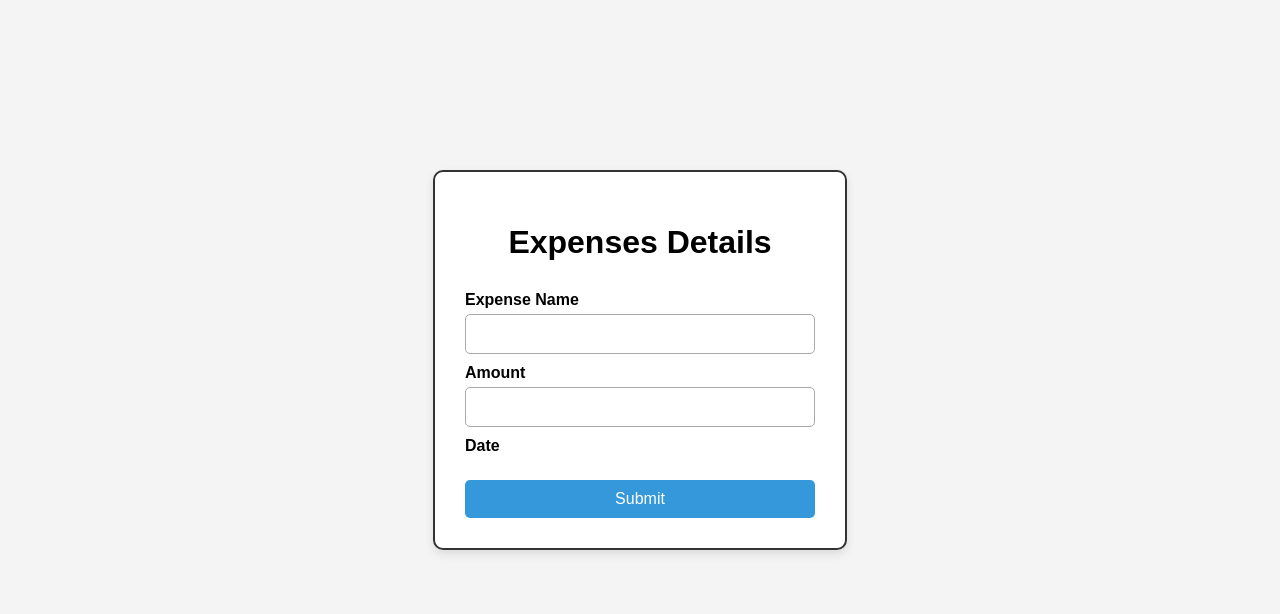
Repository: sarthak-tyagi123/expensetracker12
Page: http://localhost/
These files come from the project's save history. The page is drawn as it stood at one moment and after a run of saves; the edit follows.
The browser window is 1280 px wide. The pictures show the whole page.
The page is served by the project's Node server (app.js).

Above is the page before, as saved 2025-06-20 23:58:17.

### views/1.ejs
<!DOCTYPE html>
<html lang="en">
<head>
  <meta charset="UTF-8" />
  <meta name="viewport" content="width=device-width, initial-scale=1.0"/>
  <title>Expense Tracker</title>
  <style>
    body, html {
      margin: 0;
      padding: 0;
      height: 100%;
      font-family: Arial, sans-serif;
    }

    .container {
      display: flex;
      justify-content: center;
      align-items: center;
      height: 100vh;
      background-color: #f4f4f4;
    }

    .box {
      border: 2px solid #333;
      padding: 30px;
      border-radius: 10px;
      background-color: white;
      box-shadow: 0 4px 10px rgba(0, 0, 0, 0.1);
      width: 350px;
    }

    h1 {
      text-align: center;
      margin-bottom: 20px;
    }

    form {
      display: flex;
      flex-direction: column;
    }

    label {
      margin: 10px 0 5px;
      font-weight: bold;
    }

    input {
      padding: 10px;
      font-size: 16px;
      border: 1px solid #aaa;
      border-radius: 5px;
    }

    button {
      margin-top: 20px;
      padding: 10px;
      font-size: 16px;
      background-color: #3498db;
      color: white;
      border: none;
      border-radius: 5px;
      cursor: pointer;
    }

    button:hover {
      background-color: #2980b9;
    }
  </style>
</head>
<body>

  <div class="container">
    <div class="box">
      <form action="/expenses" method="post">
        <h1>Expenses Details</h1>

        <label for="text">Expense Name</label>
        <input type="text" name="name" required />

        <label for="number">Amount</label>
        <input type="number" name="amount" required />

        <label for="date">Date</label>

        <button type="submit">Submit</button>
      </form>
    </div>
  </div>

</body>
</html>

### app.js
let express=require("express");
let app=express();
app.use(express.urlencoded({ extended: true }));
app.set("view engine",'ejs');

app.get("/",function(req,res){
    res.render("1.ejs");
})

// let expenses = [];
// app.post("/expenses",function(req,res){
//   const { name, amount } = req.body;
//   expenses.push({ name, amount: Number(amount) });
// //   res.render('expenses.ejs', { name, amount })
//   res.render("expenses", { expenses:expenses || []});
// })

app.listen(3000);

After the next 3 saves:
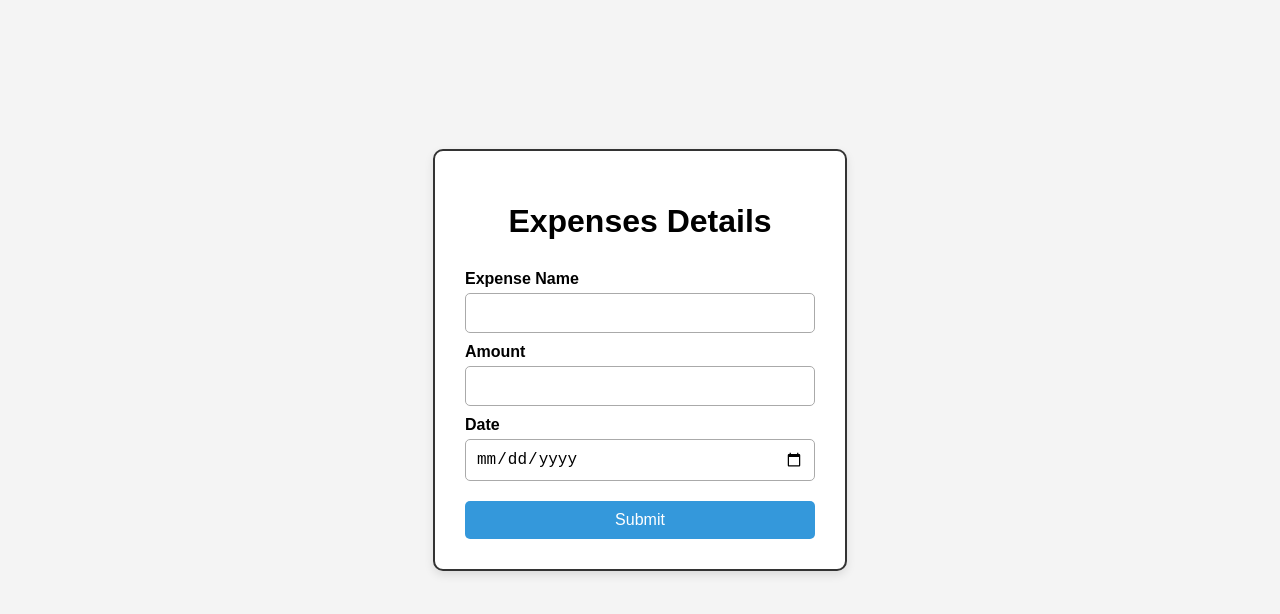
The 3 saves are shown as one change because they came seconds apart.
The last was saved 9 s later.
--- a/views/1.ejs
+++ b/views/1.ejs
@@ -81,6 +81,7 @@
         <input type="number" name="amount" required />
 
         <label for="date">Date</label>
+        <input type="date">
 
         <button type="submit">Submit</button>
       </form>
